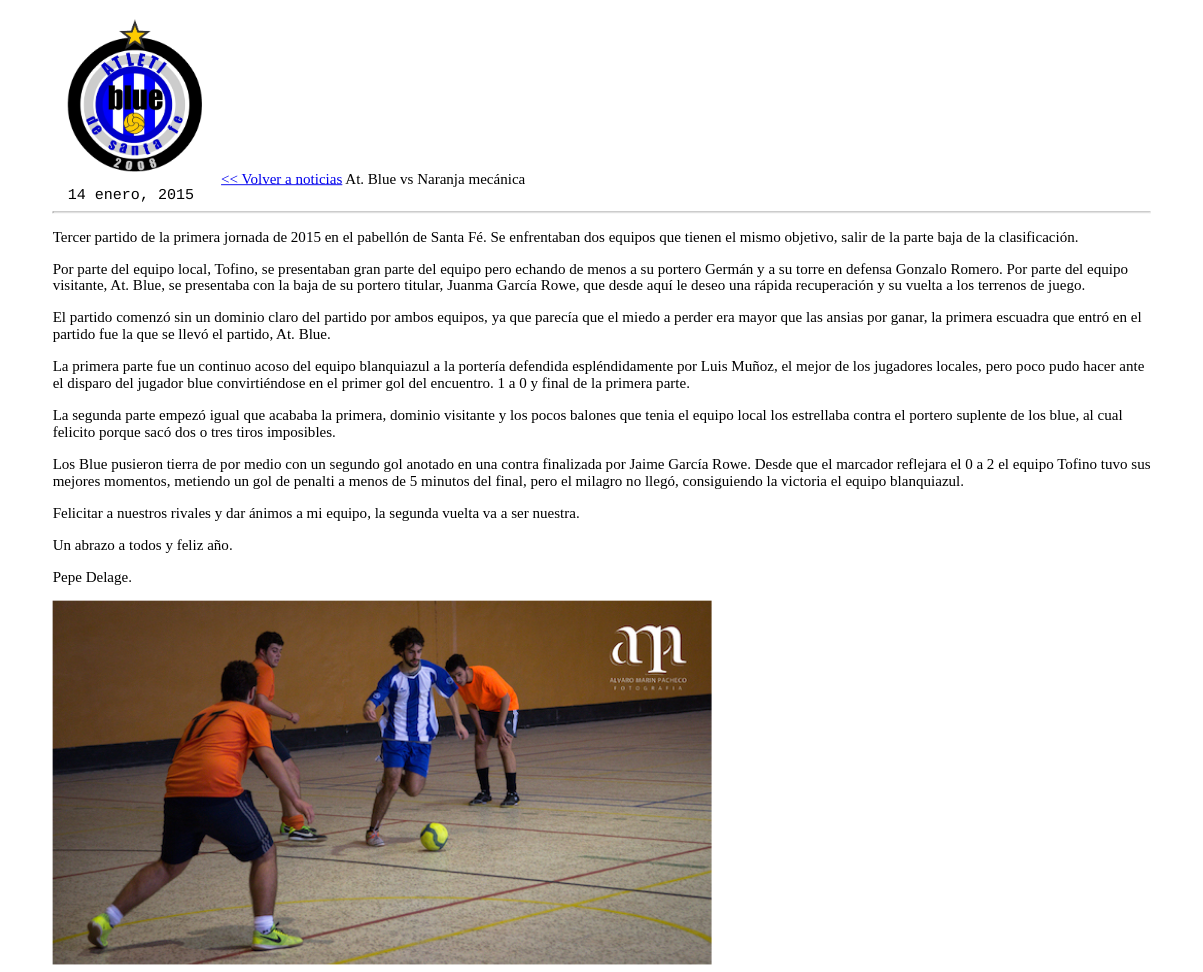
Repository: DiegoGodoy/atletiblue
Page: app/views/noticias/noticia5.html
The author's editor kept a record of every edit. The page is drawn from the files as they stood at one moment, then again after the next edit.
The browser window is 1280 px wide. The pictures show the whole page, at 94% of full size.

Above is the page before.

After the next edit:
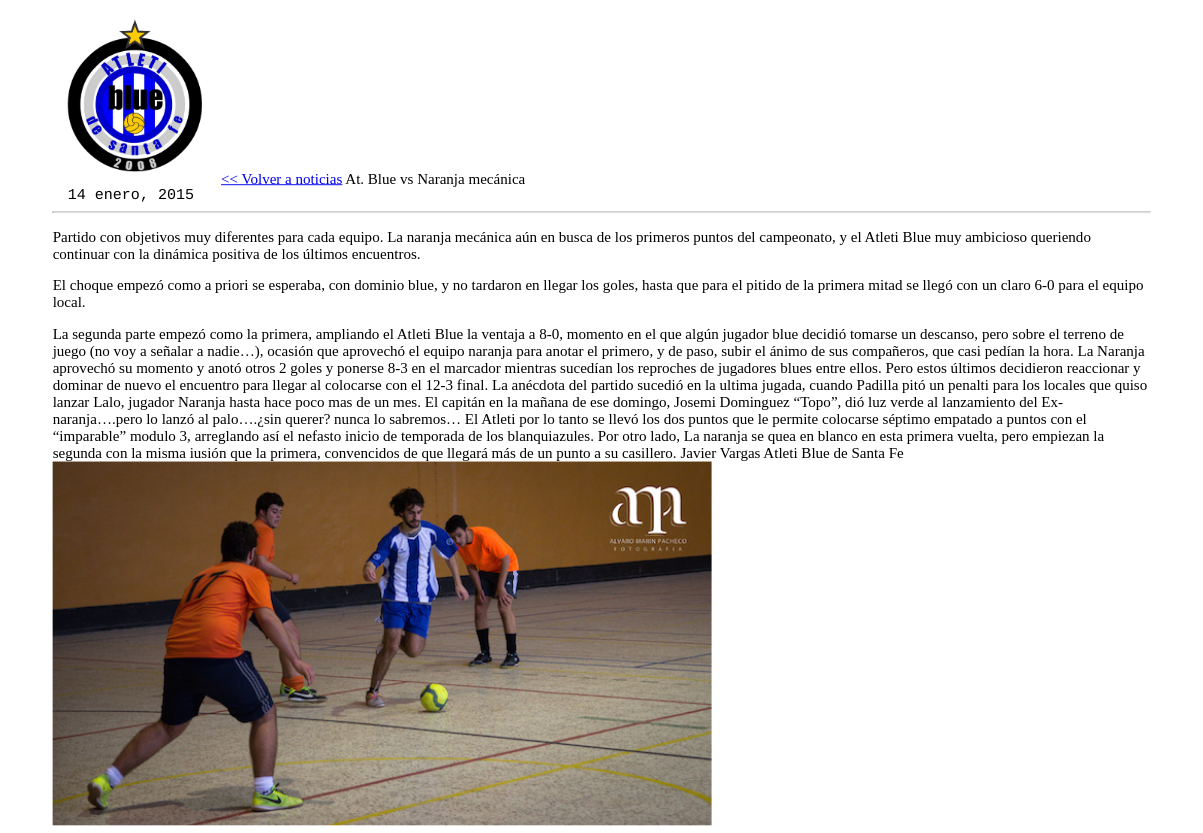
The edit:
--- a/app/views/noticias/noticia5.html
+++ b/app/views/noticias/noticia5.html
@@ -10,20 +10,15 @@
                         <br>
                         <medium style="font-family:courier,'new courier';margin-left:1em;" class="text-muted">14 enero, 2015</medium>
                         <hr class="separadorTitulos">
-                        <p>Tercer partido de la primera jornada de 2015 en el pabellón de Santa Fé. Se enfrentaban dos equipos que tienen el mismo objetivo, salir de la parte baja de la clasificación.</p>
-                        <p>Por parte del equipo local, Tofino, se presentaban gran parte del equipo pero echando de menos a su portero Germán y a su torre en defensa Gonzalo Romero. Por parte del equipo visitante, At. Blue, se presentaba con la baja de su portero titular, Juanma García Rowe, que desde aquí le deseo una rápida recuperación y su vuelta a los terrenos de juego.</p>
 
-                        <p>El partido comenzó sin un dominio claro del partido por ambos equipos, ya que parecía que el miedo a perder era mayor que las ansias por ganar, la primera escuadra que entró en el partido fue la que se llevó el partido, At. Blue.</p>
+<p>Partido con objetivos muy diferentes para cada equipo. La naranja mecánica aún en busca de los primeros puntos del campeonato, y el Atleti Blue muy ambicioso queriendo continuar con la dinámica positiva de los últimos encuentros.</p>
+El choque empezó como a priori se esperaba, con dominio blue, y no tardaron en llegar los goles, hasta que para el pitido de la primera mitad se llegó con un claro 6-0 para el equipo local.</p>
+La segunda parte empezó como la primera, ampliando el Atleti Blue la ventaja a 8-0, momento en el que algún jugador blue decidió tomarse un descanso, pero sobre el terreno de juego (no voy a señalar a nadie…), ocasión que aprovechó el equipo naranja para anotar el primero, y de paso, subir el ánimo de sus compañeros, que casi pedían la hora. La Naranja aprovechó su momento y anotó otros 2 goles y ponerse 8-3 en el marcador mientras sucedían los reproches de jugadores blues entre ellos. Pero estos últimos decidieron reaccionar y dominar de nuevo el encuentro para llegar al colocarse con el 12-3 final.
+La anécdota del partido sucedió en la ultima jugada, cuando Padilla pitó un penalti para los locales que quiso lanzar Lalo, jugador Naranja hasta hace poco mas de un mes. El capitán en la mañana de ese domingo, Josemi Dominguez “Topo”, dió luz verde al lanzamiento del Ex-naranja….pero lo lanzó al palo….¿sin querer? nunca lo sabremos…
+El Atleti por lo tanto se llevó los dos puntos que le permite colocarse séptimo empatado a puntos con el “imparable” modulo 3, arreglando así el nefasto inicio de temporada de los blanquiazules. Por otro lado, La naranja se quea en blanco en esta primera vuelta, pero empiezan la segunda con la misma iusión que la primera, convencidos de que llegará más de un punto a su casillero.
+Javier Vargas
+Atleti Blue de Santa Fe
 
-                        <p>La primera parte fue un continuo acoso del equipo blanquiazul a la portería defendida espléndidamente por Luis Muñoz, el mejor de los jugadores locales, pero poco pudo hacer ante el disparo del jugador blue convirtiéndose en el primer gol del encuentro. 1 a 0 y final de la primera parte.</p>
-
-                        <p>La segunda parte empezó igual que acababa la primera, dominio visitante y los pocos balones que tenia el equipo local los estrellaba contra el portero suplente de los blue, al cual felicito porque sacó dos o tres tiros imposibles.</p>
-                        <p>Los Blue pusieron tierra de por medio con un segundo gol anotado en una contra finalizada por Jaime García Rowe. Desde que el marcador reflejara el 0 a 2 el equipo Tofino tuvo sus mejores momentos, metiendo un gol de penalti a menos de 5 minutos del final, pero el milagro no llegó, consiguiendo la victoria el equipo blanquiazul.</p>
-
-                        <p>Felicitar a nuestros rivales y dar ánimos a mi equipo, la segunda vuelta va a ser nuestra.</p>
-
-                        <p>Un abrazo a todos y feliz año.</p>
-                        <p>Pepe Delage.</p>
 
                         <img alt="" src="images/noticias/noticia5.jpg" style="width:60%">
                 </div>
